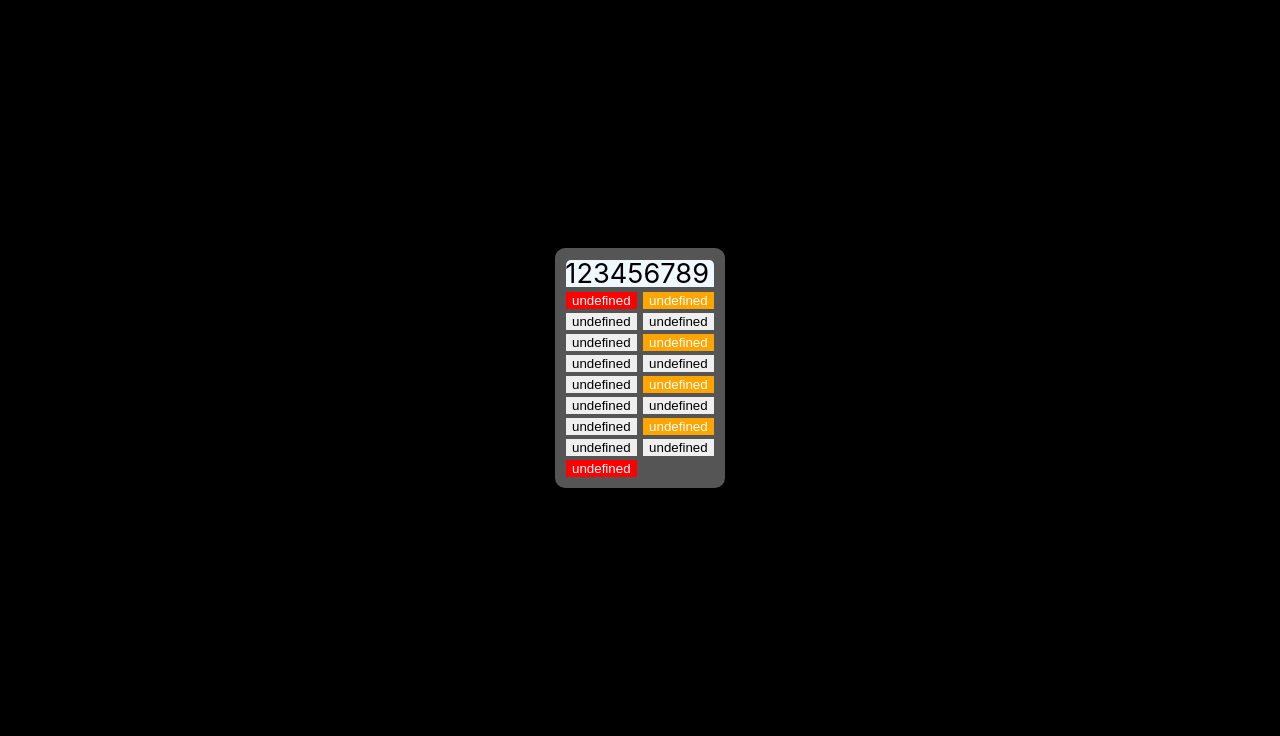
Repository: andersonxoliveira/Aplicacao_Calculadora
Page: /
The author's editor kept a copy of each file at every save. The page is drawn from the files as they stood at one save, then again after the next save.
The browser window is 1280 px wide. The pictures show the whole page.
The project was rebuilt for these pictures with package versions that can differ from the ones it lists, and the page was loaded fresh each time. Also part of the build but not shown: svelte.config.js, vite.config.ts.

Above is the page before, as saved 2022-06-26 18:34:31.

### src/App.svelte
<script lang="ts">
import Calculadora from "./components/Calculadora.svelte";


</script>

<main>
        <Calculadora />
</main>

<style>
:global(body) {
  background-color: black;
}

  :root {
    --cor-fundo: #555 ;
    font-family: -apple-system, BlinkMacSystemFont, 'Segoe UI', Roboto, Oxygen,
      Ubuntu, Cantarell, 'Open Sans', 'Helvetica Neue', sans-serif;
  }

  main {
   display: flex;
   justify-content: center;
   align-items: center;
   height:  100vh;
  }

</style>

### src/components/Calculadora.svelte
<script lang="ts">
import Botao from "./Botao.svelte";
import Display from "./Display.svelte";
import Linha from "./Linha.svelte";

</script>
<div class="calculadora">
 <Display valor="0123456789"/>
  <Linha >
    <Botao destaque triplo texto="AC"/>
    <Botao operacao texto="/"/>
</Linha>
  <Linha >
             <Botao texto="7"/>
             <Botao texto="8"/>
              <Botao texto="9"/>
              <Botao operacao texto="*"/>
      </Linha>
      <Linha >
        <Botao texto="4"/>
        <Botao texto="5"/>
         <Botao texto="6"/>
         <Botao operacao texto="+"/>
 </Linha>
 <Linha >
  <Botao texto="1"/>
  <Botao texto="2"/>
   <Botao texto="3"/>
   <Botao operacao texto="-"/>
</Linha>
<Linha >
  <Botao duplo texto="0"/>
  <Botao texto=","/>
   <Botao destaque texto="="/>
  </Linha>
</div>

<style>
      .calculadora {
        background-color: var(--cor-fundo);
        height:  220px;
        width:  150px;
        padding:  10px;
        border-radius:  10px;

        display: flex;
        flex-direction:  column;
      }
</style>

### src/components/Botao.svelte
<script lang="ts">
      export let botao: string
      export let triplo: boolean = false
      export let duplo: boolean = false
      export let operacao: boolean = false
      export let destaque: boolean = false
</script>

<button class= "botao"
class:triplo class:duplo class:operacao class:destaque>
{botao}
</button>

<style>
        .botao {
            margin:  0;
            border:  1px solid var(--cor-fundo);
              flex-basis:  25%;
        }

          .triplo {
            flex-basis:  75%;
          }

          .duplo {
            flex-basis:  50%;
          }

          .operacao {
           background-color: orange;
           color: white;
          }

          .destaque {
            background-color: red;
            color: white;
          }
</style>

### src/components/Display.svelte
<script lang="ts">
      export let valor: string

      $: tamanhoFonte = valor.length > 20 ? 'pequena' : `s-${valor}`
</script>

<div class={`tela ${tamanhoFonte}`}>
        <span>{valor}</span>
</div>

<style>
  .tela {
    display: flex;
    flex: 1;
    justify-content: flex-end;
    align-items: center;
    padding: 0px 5px;
    font-size: 1.7rem;
    background-color: aliceblue;
    overflow: hidden;
    margin: 2px 1px;
    border-top-right-radius: 5px;
    border-top-left-radius: 5px;
  }

  .s-10 { font-size: 1.4rem;}
  </style>

### src/components/Linha.svelte
<div class="linha">
        <slot />
</div>

<style>
      .linha {
        display: felx;
      }
</style>

Loaded but not shown: index.html (common file); src/main.ts (common file)

After the next save:
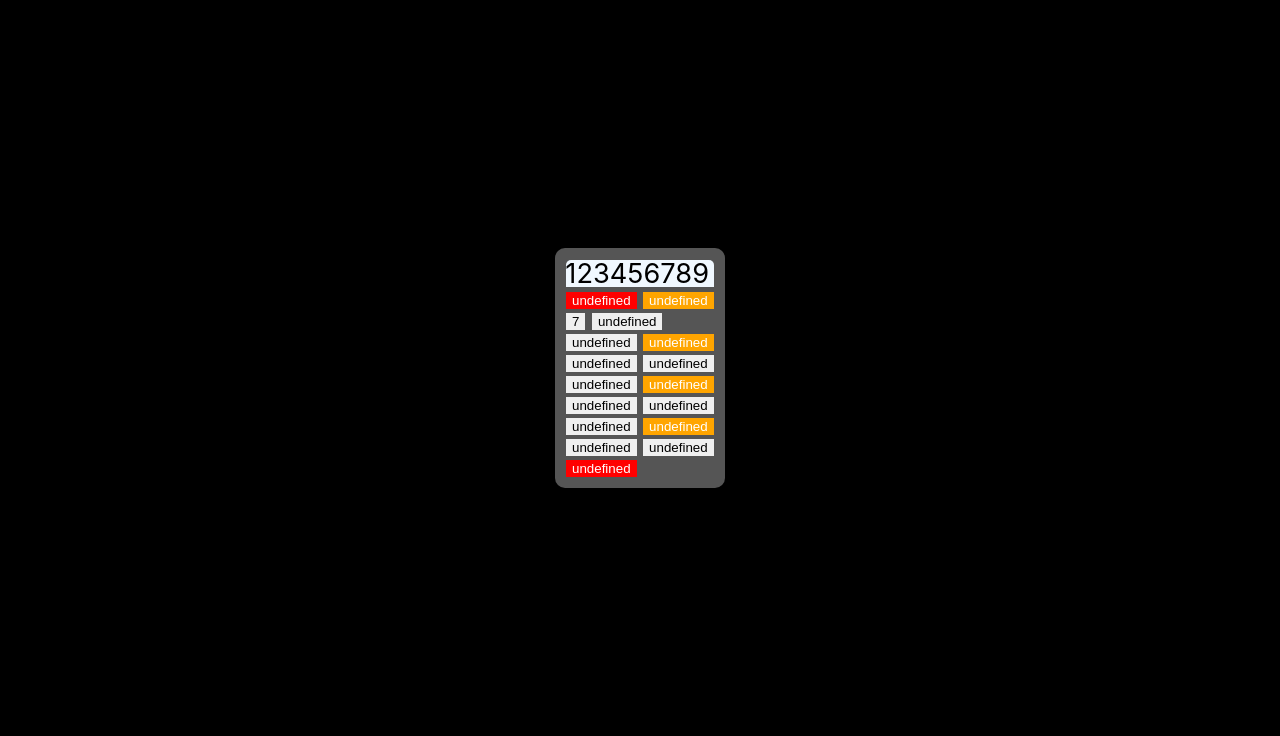
Saved 17 s later.
--- a/src/components/Calculadora.svelte
+++ b/src/components/Calculadora.svelte
@@ -11,7 +11,7 @@ import Linha from "./Linha.svelte";
     <Botao operacao texto="/"/>
 </Linha>
   <Linha >
-             <Botao texto="7"/>
+             <Botao botao="7"/>
              <Botao texto="8"/>
               <Botao texto="9"/>
               <Botao operacao texto="*"/>
